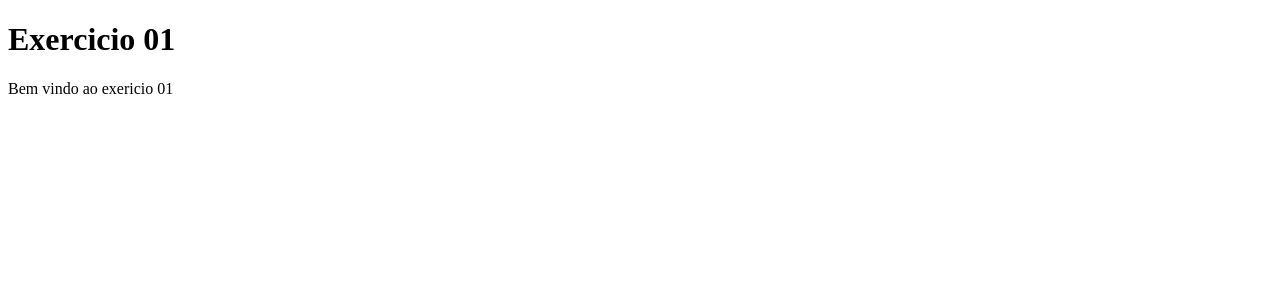
Repository: Fabio2000/Faculdade-Projetos
Page: http://localhost/exercicios/Index.jsp
These files come from the project's save history. The page is drawn as it stood at one moment and after the next save; the edit follows.
The browser window is 1280 px wide. The pictures show the whole page.
The page is served by Tomcat 9.

Above is the page before, as saved 2022-09-11 01:13:12.

After the next save:
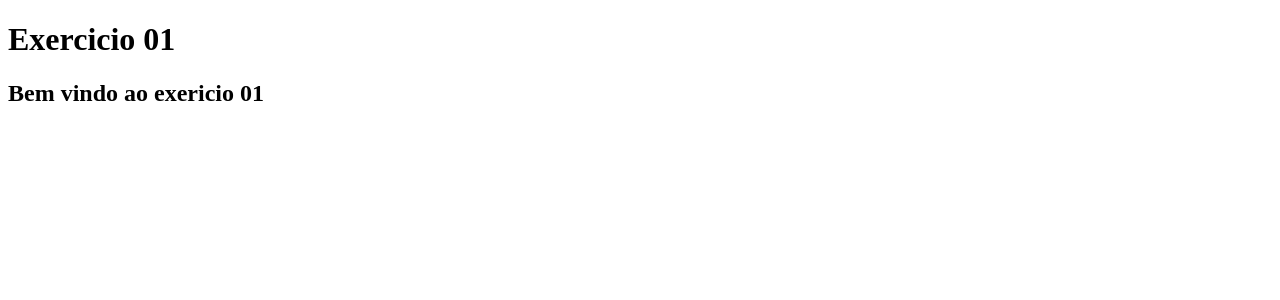
Saved 52 s later.
--- a/exercicios/src/main/webapp/Index.jsp
+++ b/exercicios/src/main/webapp/Index.jsp
@@ -8,8 +8,9 @@
 </head>
 <body>
 <h1>Exercicio 01</h1>
-<p><%String mensage = "Bem vindo ao exericio 01";
+<h2><%String mensage = "Bem vindo ao exericio 01";
 	out.println(mensage);
-	%></p>
+	%></h2>
+
 </body>
 </html>
